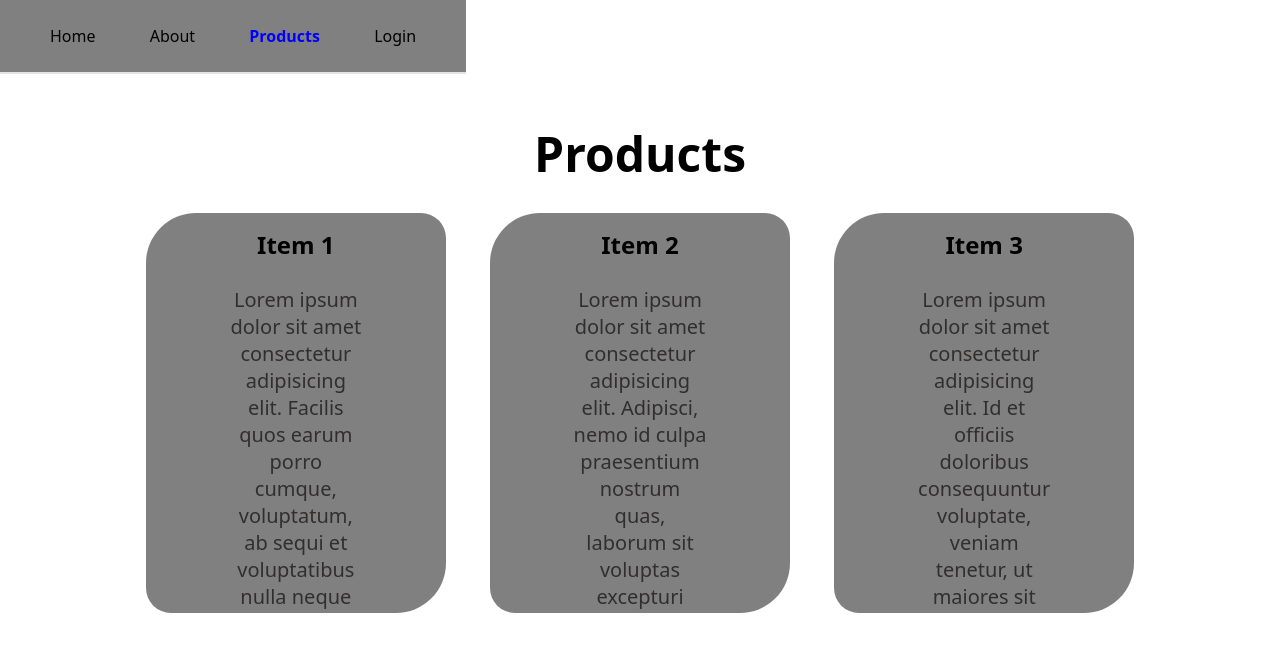
Repository: Yeyolive/WebDev_Collab_2025
Page: Basic_Projects/Basic-Website/products.html
These files come from the project's save history. The page is drawn as it stood at one moment and after the next save; the edit follows.
The browser window is 1280 px wide. The pictures show the whole page.

Above is the page before, as saved 2025-11-02 22:52:09.

After the next save:
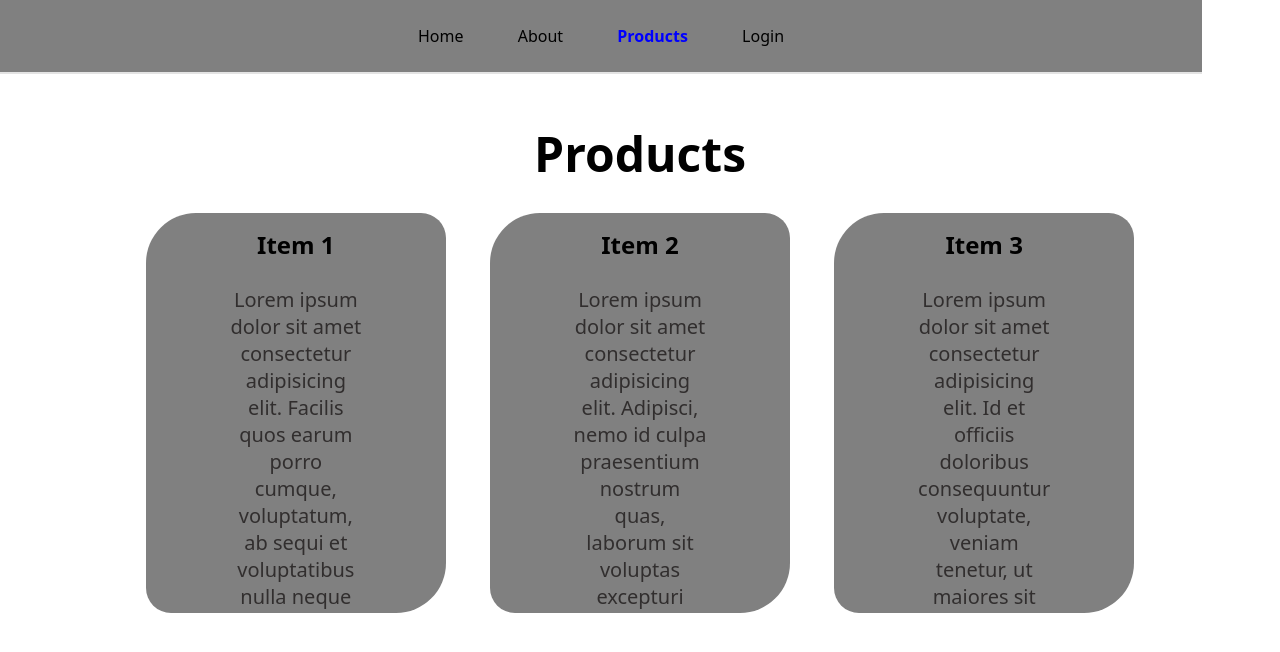
Saved 19 s later.
--- a/Basic_Projects/Basic-Website/styles.css
+++ b/Basic_Projects/Basic-Website/styles.css
@@ -16,8 +16,8 @@ html {
 nav {
   position: fixed;
   top: 0;
-  width: 100%;
-  max-width: fit-content;
+  width: 90%;
+  max-width: 100%;
   padding: 25px;
   border-bottom: 2px solid #e3e3e3;
   background-color: gray;
